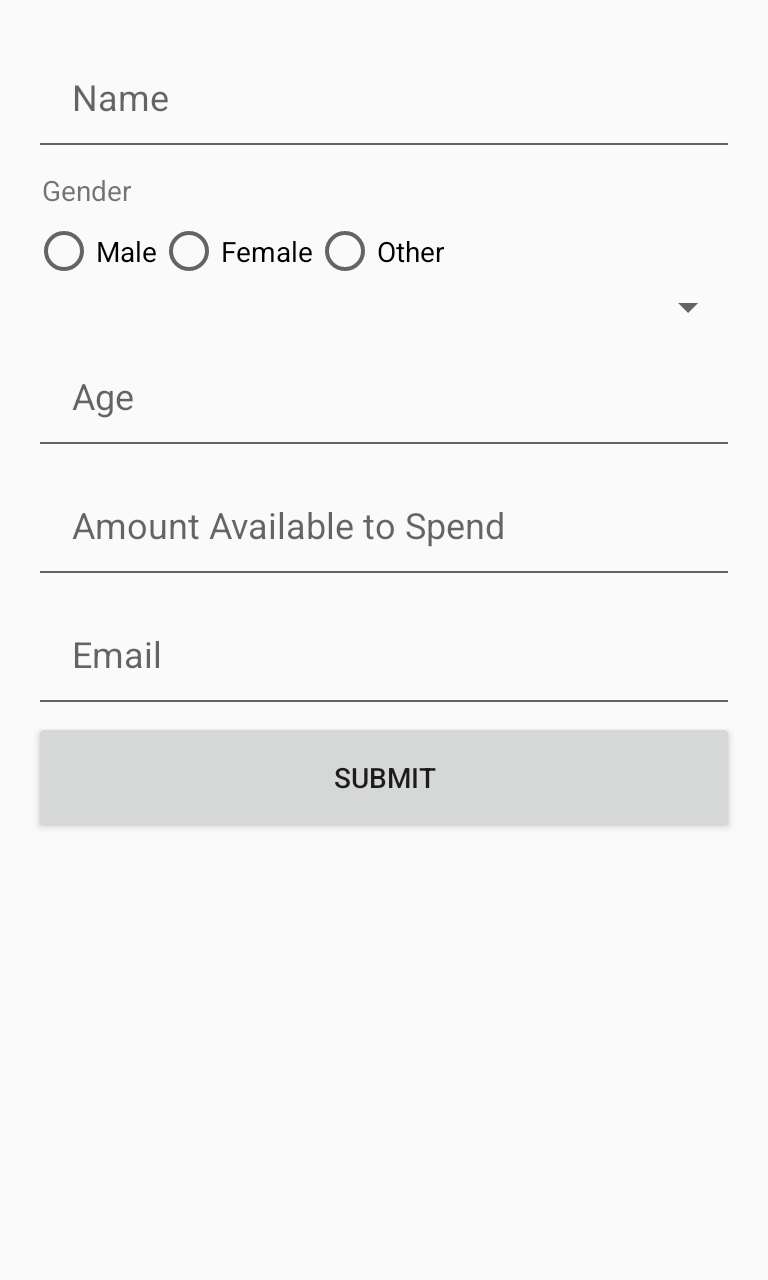
Repository: ThatCrazyIrishGuy/guiAndroidAssignment
Layout: ShoppingList/res/layout/activity_user_detail_form.xml
These files come from the project's save history. The layout is drawn as it stood at one moment and after the next save; the edit follows.
It is drawn on a 768 x 1280 px phone screen (xhdpi) without system bars, with theme AppTheme; the app's code is not run.

Above is the layout before, as saved 2014-11-08 17:46:30.

After the next save:
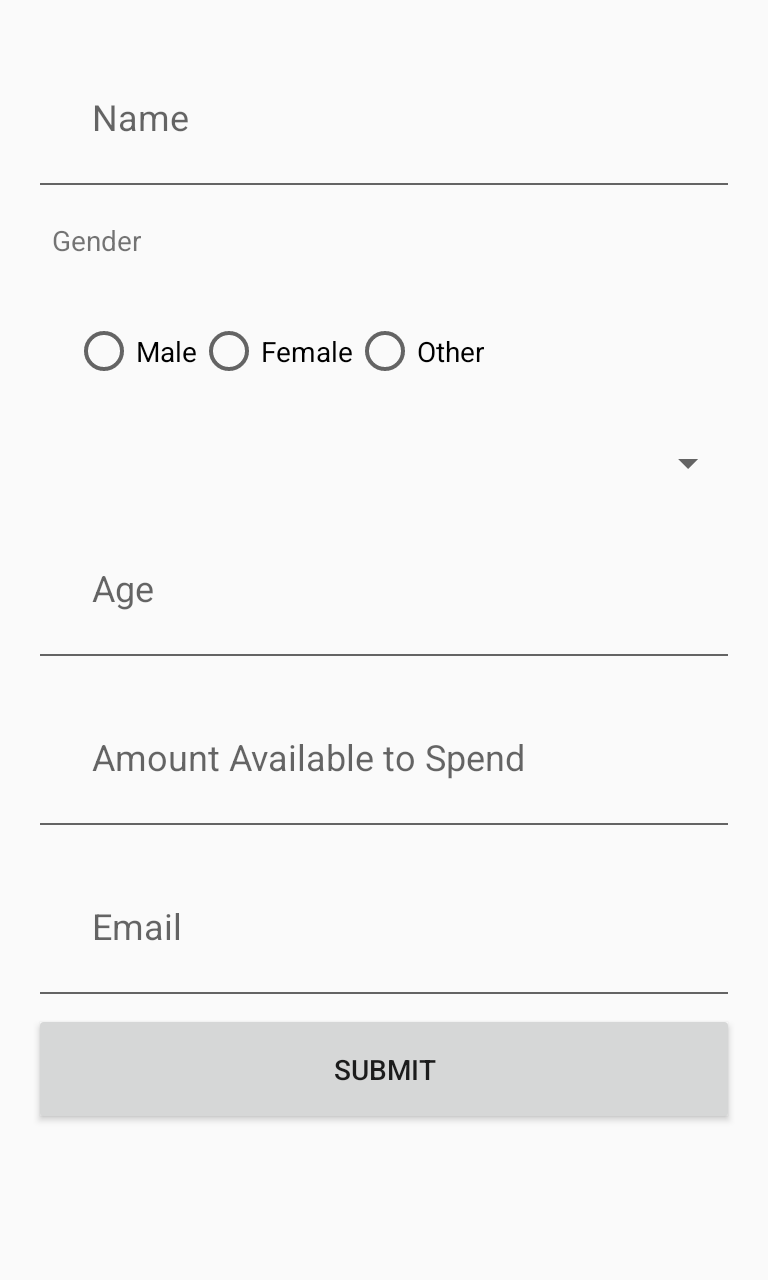
Saved 2 min 41 s later.
--- a/ShoppingList/res/layout/activity_user_detail_form.xml
+++ b/ShoppingList/res/layout/activity_user_detail_form.xml
@@ -13,7 +13,7 @@
         android:hint="Name"
         android:layout_width="fill_parent"
         android:layout_height="wrap_content"
- 		android:padding="20dp"
+ 		android:padding="30dp"
      />
 
      <TextView
@@ -22,7 +22,7 @@
         android:layout_width="wrap_content"
         android:layout_height="wrap_content"
         android:text="Gender"
-        android:padding="5dp"
+        android:padding="10dp"
      />
 
    	<RadioGroup
@@ -30,7 +30,8 @@
   	    android:layout_below="@+id/genderLabel"
 		android:orientation="horizontal"
 		android:layout_width="fill_parent"
-		android:layout_height="wrap_content" >
+		android:layout_height="wrap_content"
+		android:padding="20dp" >
 		<RadioButton
 			android:id="@+id/male"
 			android:text="Male"
@@ -50,7 +51,7 @@
     	android:layout_below="@+id/gender"
     	android:layout_width="fill_parent"
     	android:layout_height="wrap_content"
- 		android:padding="10dp"
+ 		android:padding="20dp"
     />
 
     <EditText
@@ -60,7 +61,7 @@
         android:layout_width="fill_parent"
         android:layout_height="wrap_content"
         android:inputType="number"
-        android:padding="20dp"
+        android:padding="30dp"
     />
 
    <EditText
@@ -70,7 +71,7 @@
         android:layout_width="fill_parent"
         android:layout_height="wrap_content"
         android:inputType="numberDecimal"
-        android:padding="20dp"
+        android:padding="30dp"
     />
 
     <EditText
@@ -80,7 +81,7 @@
         android:layout_width="fill_parent"
         android:layout_height="wrap_content"
         android:inputType="textEmailAddress"
-        android:padding="20dp"
+        android:padding="30dp"
      />
 
      <Button
